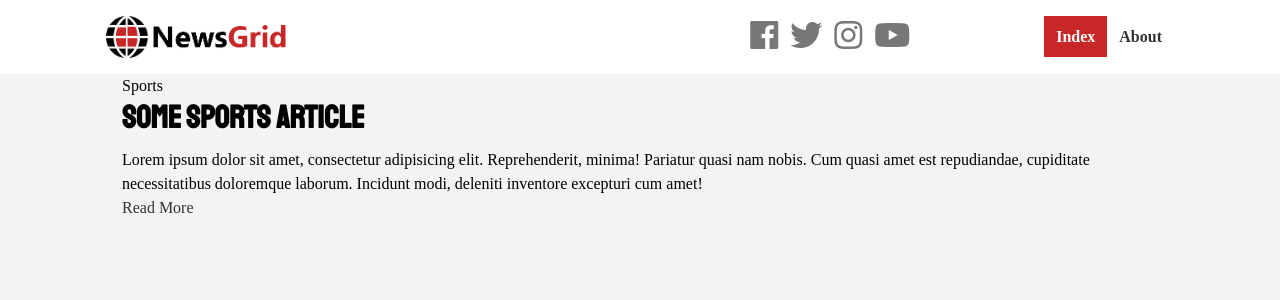
Repository: minhtien9/newsgrid
Page: index.html
An editor plug-in stored every save of this project. The page is shown before and after the next save, followed by the edit.
The browser window is 1280 px wide. The pictures show the whole page.
Some web libraries are served in a nearby version.

Above is the page before, as saved 2021-08-24 22:15:52.

### index.html
<!DOCTYPE html>
<html lang="en">

<head>
    <meta charset="UTF-8" />
    <meta name="viewport" content="width=device-width, initial-scale=1.0" />
    <meta http-equiv="X-UA-Compatible" content="ie=edge" />
    <link rel="stylesheet" href="https://use.fontawesome.com/releases/v5.6.3/css/all.css" integrity="sha384-UHRtZLI+pbxtHCWp1t77Bi1L4ZtiqrqD80Kn4Z8NTSRyMA2Fd33n5dQ8lWUE00s/" crossorigin="anonymous" />
    <link href="https://fonts.googleapis.com/css2?family=Lato&family=Staatliches&display=swap" rel="stylesheet" />
    <link rel="stylesheet" href="css/style.css" />
    <link rel="stylesheet" media="screen and (max-width: 768px)" href="css/mobile.css" />
    <link rel="shortcut icon" type="image/x-icon" href="favicon.ico" />
    <title>NewsGrid | Latest News</title>
</head>

<body>
    <nav id="main-nav">
        <div class="container">
            <img src="img/logo.png" alt="NewsGrid" class="logo" />
            <div class="social">
                <a href="http://facebook.com" target="_blank"><i class="fab fa-facebook fa-2x"></i
          ></a>
                <a href="http://twitter.com" target="_blank"><i class="fab fa-twitter fa-2x"></i
          ></a>
                <a href="http://instagram.com" target="_blank"><i class="fab fa-instagram fa-2x"></i
          ></a>
                <a href="http://youtube.com" target="_blank"><i class="fab fa-youtube fa-2x"></i
          ></a>
            </div>
            <ul>
                <li><a class="current" href="index.html">Index</a></li>
                <li><a href="about.html">About</a></li>
            </ul>
        </div>
    </nav>

    <!-- Showcase -->
    <header id="showcase">
        <div class="container">
            <div class="showcase-container">
                <div class="showcase-content">
                    <div class="categogy catogory-sports">Sports</div>
                    <h1>Some Sports Article</h1>
                    <p>
                        Lorem ipsum dolor sit amet, consectetur adipisicing elit. Reprehenderit, minima! Pariatur quasi nam nobis. Cum quasi amet est repudiandae, cupiditate necessitatibus doloremque laborum. Incidunt modi, deleniti inventore excepturi cum amet!
                    </p>
                    <a href="article.html" class="btn btn-primar">Read More</a>
                </div>
            </div>
        </div>
    </header>
</body>

</html>

### css/style.css
:root {
    --primary-color: #c72727;
    --secondary-color: #f99500;
    --light-color: #f3f3f3;
    --dark-color: #333;
    --max-width: 1100px;
}

.category {
    --sports-color: #f99500;
    --ent-color: #a66bbe;
    --tech-color: #009cff;
}

* {
    margin: 0;
    padding: 0;
    box-sizing: border-box;
}

body {
    font-family: 'Lato' sans-serif;
    line-height: 1.5;
    background: var(--light-color);
}

a {
    color: #333;
    text-decoration: none;
}

ul {
    list-style: none;
}

img {
    width: 100%;
}

h1,
h2,
h3,
h4,
h5,
h6 {
    font-family: 'Staatliches', cursive;
    margin-bottom: 0.55rem;
    line-height: 1.3;
}


/* Utility */

.container {
    max-width: var(--max-width);
    margin: auto;
    padding: 0 2rem;
    overflow: hidden;
}


/* Navigation */

#main-nav {
    background: #fff;
    position: sticky;
    top: 0;
    z-index: 2;
}

#main-nav .container {
    display: grid;
    grid-template-columns: 6fr 3fr 2fr;
    padding: 1rem;
    align-items: center;
}

#main-nav .logo {
    width: 180px;
}

#main-nav ul {
    justify-self: end;
    display: flex;
}

#main-nav ul li a {
    padding: 0.75rem;
    font-weight: bold;
}

#main-nav ul li a.current {
    background: var(--primary-color);
    color: #fff;
}

#main-nav ul li a:hover {
    background: var(--light-color);
    color: var(--dark-color);
}

#main-nav .social {
    justify-self: center;
}

#main-nav .social i {
    color: #777;
    margin-right: 0.5rem;
}


/* Showcase */

Loaded but not shown: css/mobile.css (no stored copy; drawn as an empty file)

After the next save:
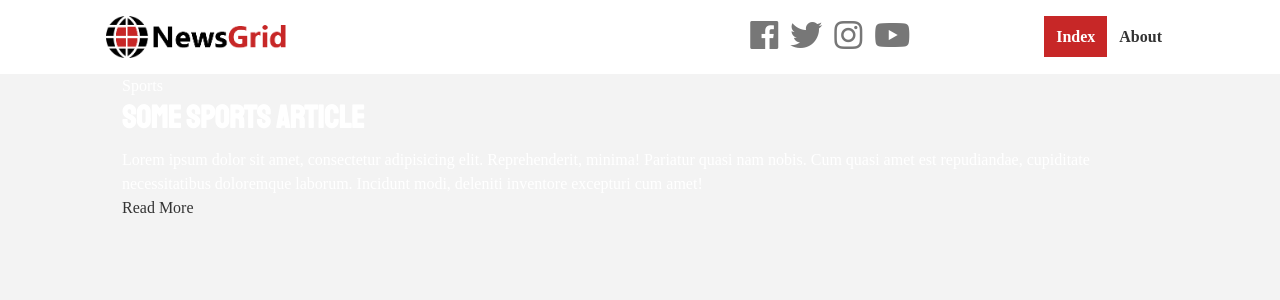
Saved 14 s later.
--- a/css/style.css
+++ b/css/style.css
@@ -110,3 +110,7 @@ h6 {
 
 
 /* Showcase */
+
+#showcase {
+    color: #fff;
+}
